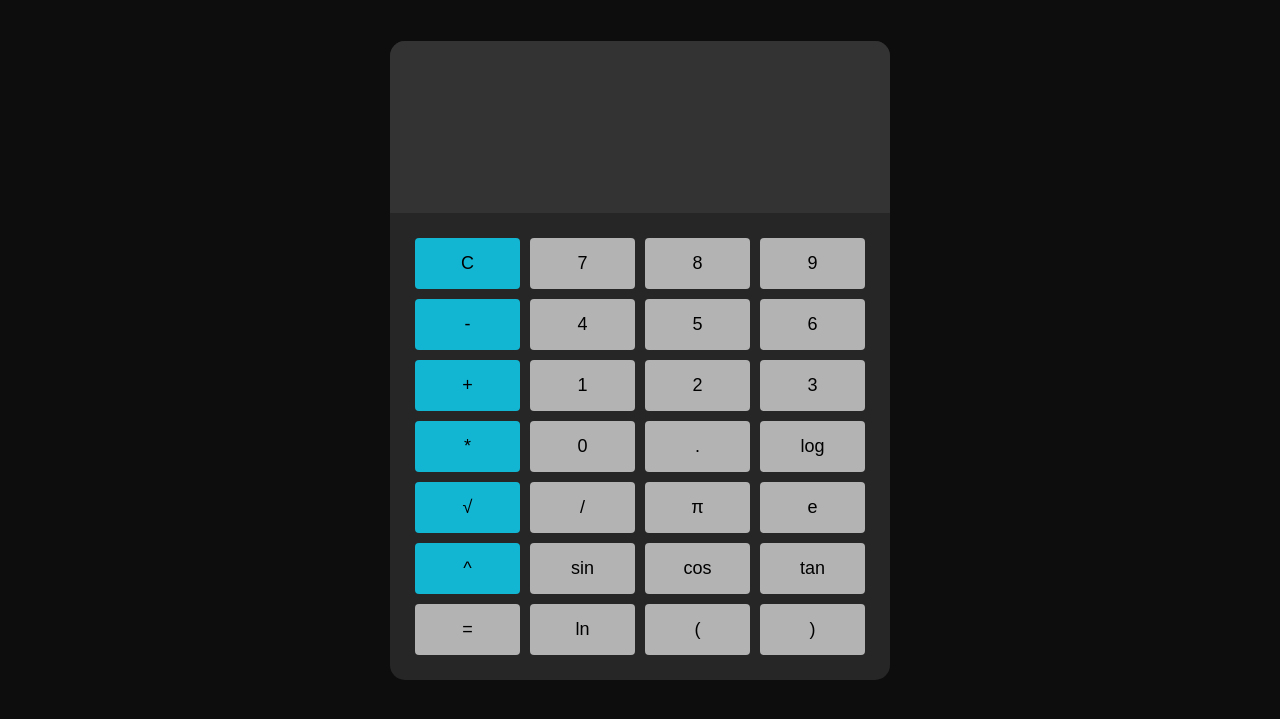
Repository: Haakim19/JavaScript
Page: Calculater/Main.html
These files come from the project's save history. The page is drawn as it stood at one moment and after the next save; the edit follows.
The browser window is 1280 px wide. The pictures show the whole page.

Above is the page before, as saved 2024-10-23 14:00:28.

### Calculater/Main.html
<!DOCTYPE html>
<html lang="en">
<head>
    <meta charset="UTF-8">
    <meta name="viewport" content="width=device-width, initial-scale=1.0">
    <title>Calculator</title>
    <link rel="stylesheet" href="Main.css">
</head>
<body>
    <div id="calculator">
        <div id="calculator-normal">
            <input id= "display1" readonly>
            <input id="display2" readonly>
            <div id="keys">
                <button onclick="clearDisplay()" class="operator-btn">C</button>
                <button onclick="appentToDisplay('7')">7</button>
                <button onclick="appentToDisplay('8')">8</button>
                <button onclick="appentToDisplay('9')">9</button>
                <button onclick="appentToDisplay('-')" class="operator-btn">-</button>
                <button onclick="appentToDisplay('4')">4</button>
                <button onclick="appentToDisplay('5')">5</button>
                <button onclick="appentToDisplay('6')">6</button>
                <button onclick="appentToDisplay('+')" class="operator-btn">+</button>
                <button onclick="appentToDisplay('1')">1</button>
                <button onclick="appentToDisplay('2')">2</button>
                <button onclick="appentToDisplay('3')">3</button>
                <button onclick="appentToDisplay('*')" class="operator-btn">*</button>
                <button onclick="appentToDisplay('0')">0</button>
                <button onclick="appentToDisplay('.')" >.</button>

                <button onclick="appentToDisplay('log10()')">log</button>
                <button onclick="appentToDisplay('sqrt')" class="operator-btn">√</button>
                <button onclick="appentToDisplay('/')">/</button>
                <button onclick="appendToDisplay('PI')">π</button>
                <button onclick="appentToDisplay('e()')">e</button>
                <button onclick="appendToDisplay('root')" class="operator-btn">^</button>
                <button onclick="appentToDisplay('sin')">sin</button>
                <button onclick="appentToDisplay('cos')">cos</button>
                <button onclick="appentToDisplay('tan')">tan</button>
                <button onclick="calculate()">=</button>
                <button onclick="appentToDisplay('ln')">ln</button>
                <button onclick="appentToDisplay(value)"><span>&#40;</span></button>
                <button onclick="appentToDisplay(value)"><span>&#41;</span></button>
            </div>
        </div>

    </div>
<script src="Main.js"></script>
</body>
</html>

### Calculater/Main.css
body{
    margin: 0;
    display: flex;
    justify-content: center;
    align-items: center;
    height: 100vh;
    background-color: hsl(0,0%, 5%);
    background-image: url();
}
#calculate{
    font-family:sans-serif;
    box-shadow: 0 4px 10px rgba(0, 0, 0, 0.1);
}
#calculator-normal{
    background-color: hsl(0, 0%, 15%);
    border-radius: 15px;
    max-width: 500px;
    overflow: hidden;
}

#display1{
    width: 100%;
    padding: 20px;
    font-size: 2rem;
    border: none;
    text-align: left;
    padding-right: -15px;
    color: white;
    background-color: hsl(0, 0%, 20%);

}
#display2{
    width: 100%;
    padding: 20px;
    font-size: 3rem;
    border: none;
    text-align: left;
    padding-right: -15px;
    color: white;
    background-color: hsl(0, 0%, 20%);

}
#keys{
    display: grid;
    grid-template-columns: repeat(4, 1fr);
    gap: 10px;
    padding: 25px;
}
/* #keys-normal{
    width: 80px;
    height: 60px;
    color: white;
    border-radius: 50px;
    border: none;
    font-size: 3rem;
    background-color: hsl(0, 0%, 30%);
    font-weight: bold;
    cursor: pointer;
} */
/* button{
    width: 80px;
    height: 60px;
    color: white;
    border-radius: 50px;
    border: none;
    font-size: 3rem;
    background-color: hsl(0, 0%, 30%);
    font-weight: bold;
    cursor: pointer;
} */
button{
    width: 100%;
    padding: 15px;
    font-size: 18px;
    border: none;
    border-radius: 4px;
    background-color: hsl(0, 0%, 70%);
    cursor: pointer;
    transition: background-color 0.5s;
}

button:hover{
    background-color: hsl(0, 0%, 40%);
}

button:active{
    background-color: hsl(0, 0%, 50%);
}

.operator-btn{
    background-color: hsl(189, 84%, 45%);
}

.operator-btn:hover{
    background-color: hsl(189, 84%, 65%);
}

.operator-btn:active{
    background-color: hsl(189, 84%, 75%);
}

### Calculater/Main.js
// const display1 = document.getElementById('display1');
// const display2 = document.getElementById('display2');

// function appentToDisplay(input){
//     display2.value += input;
// }
// function clearDisplay(){
//     display1.value = '';
//     display2.value = '';
// }
// function calculate(){
//     try{
//         let expression = display2.value
//         .replace(/sin/g, 'Math.sin()')
//         .replace(/cos/g, 'Math.cos()')
//         .replace(/tan/g, 'Math.tan()')
//         .replace(/√/g, 'Math.sqrt()')
//         .replace(/π/g, 'Math.PI')
//         .replace(/log/g, 'Math.log10()')
//         .replace(/ln/g, 'Math.log()')
//         .replace(/\^/g, '**');

//         display1.value = eval(display2.value);}
//     catch{
//         display2.value = 'Error';
//     }

// }
// Main.js

// Function to append values to the display
function appentToDisplay(value) {
    const display1 = document.getElementById("display1");
    const display2 = document.getElementById("display2");
    if (value === "π") {
        display2.value += Math.PI;
        console.log("PI");
    } else if (value === "e()") {
        display2.value += Math.E;
        // console.log("e");
    } else if (value === "log10()") {
        display2.value += Math.log10();
        // console.log("Log10");
    } else if (value === "sqrt()") {
        display2.value += Math.sqrt();
        // console.log("π");
    } else if (value === "sin()") {
        display2.value += Math.sin();
        // console.log("π");
    } else if (value === "cos()") {
        display2.value += Math.cos();
        // console.log("π");
    } else if (value === "tan()") {
        display2.value += Math.tan();
        // console.log("π");
    } else if (value === "ln()") {
        display2.value += Math.log();
        // console.log("π");
    } else {
        display2.value += value;
    }
}

// Function to clear the display
function clearDisplay() {
    document.getElementById("display1").value = "";
    document.getElementById("display2").value = "";
}

// Function to calculate the result
function calculate() {
    const display1 = document.getElementById("display1");
    const display2 = document.getElementById("display2");
    try {
        // Use eval to calculate the expression in display1
        let result = eval(display2.value);
        display1.value = result;
    } catch (error) {
        display2.value = "Error";
    }
}

// Additional functions for mathematical operations
function appendToDisplay(value) {

}

After the next save:
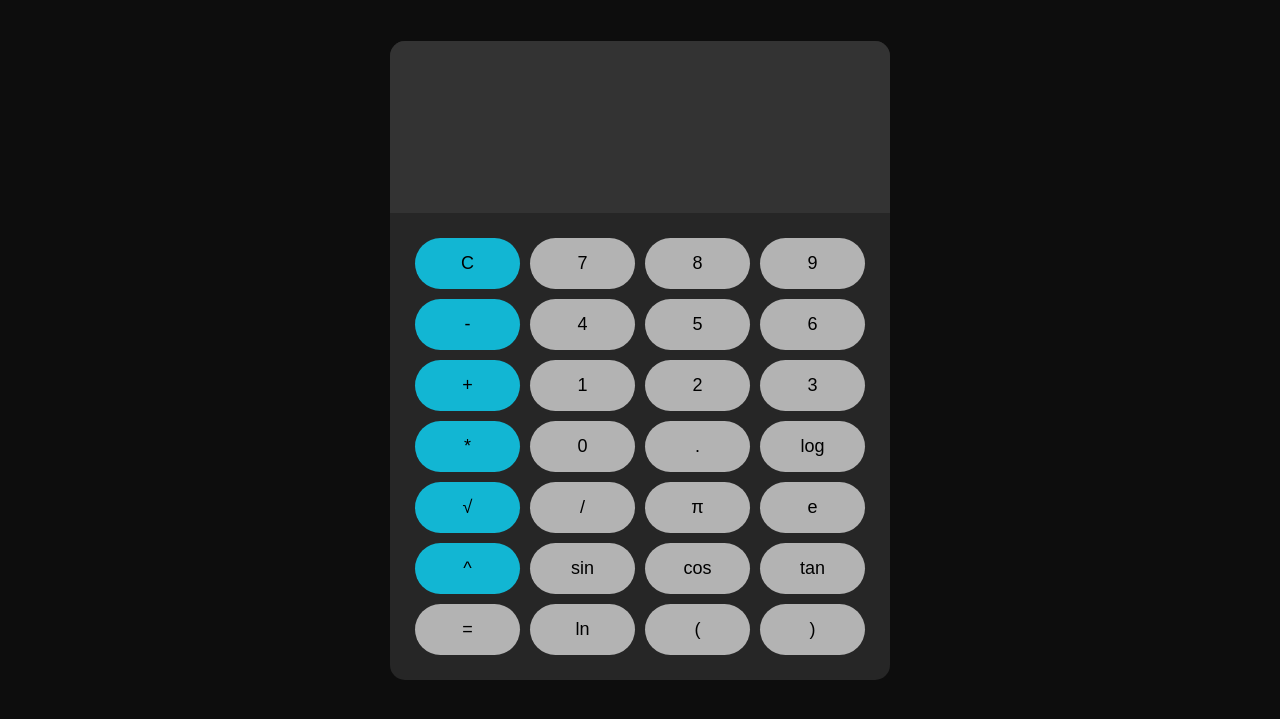
Saved 31 min 53 s later.
--- a/Calculater/Main.css
+++ b/Calculater/Main.css
@@ -73,7 +73,7 @@ button{
     padding: 15px;
     font-size: 18px;
     border: none;
-    border-radius: 4px;
+    border-radius: 40px;
     background-color: hsl(0, 0%, 70%);
     cursor: pointer;
     transition: background-color 0.5s;
